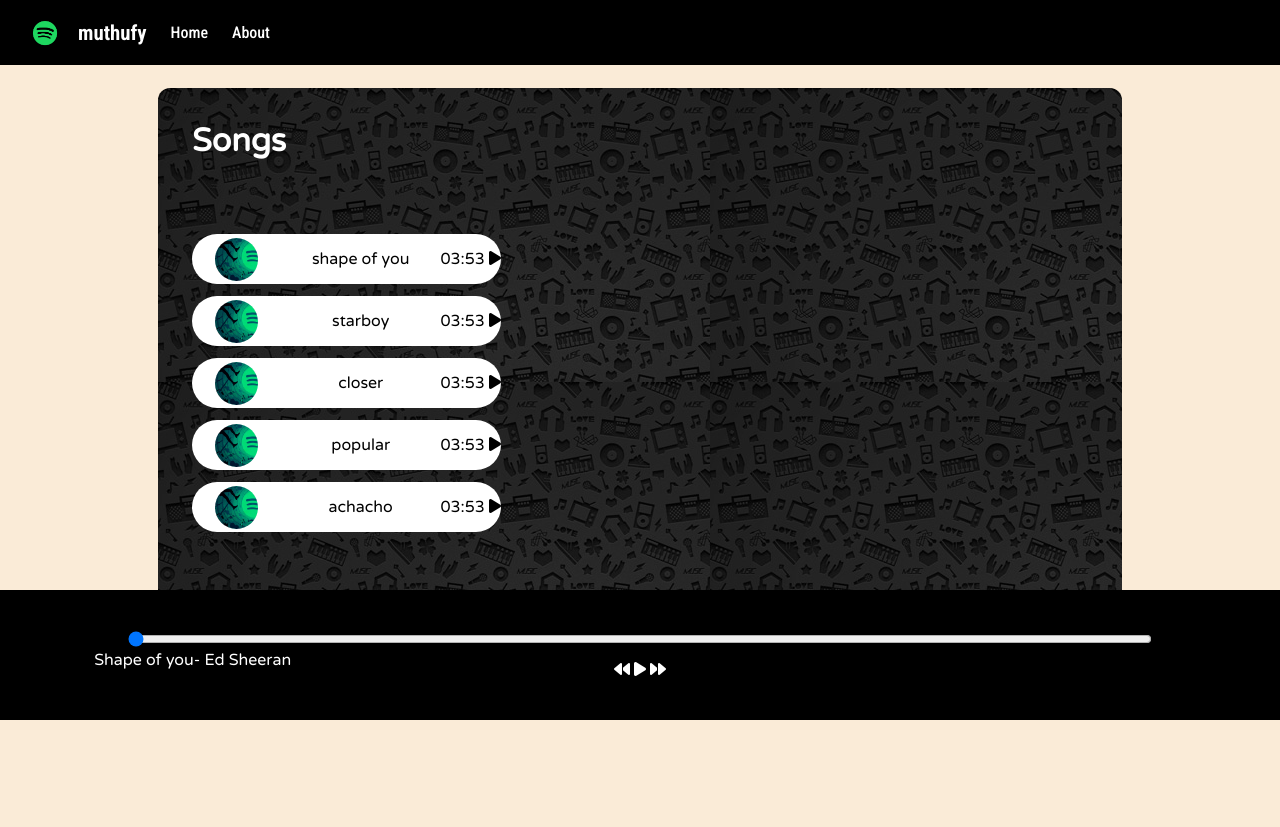
Repository: MBS-Muthiah/Spotify_clone
Page: index.html
The author's editor kept a copy of each file at every save. The page is drawn from the files as they stood at one save, then again after the next save.
The browser window is 1280 px wide. The pictures show the whole page.
Some web libraries are served in a nearby version.

Above is the page before, as saved 2024-06-24 16:02:22.

### index.html
<!DOCTYPE html>
<html lang="en">
<head>
    <meta charset="UTF-8">
    <meta name="viewport" content="width=device-width, initial-scale=1.0">
    <title>Spotify-clone-muthu</title>
    <link rel="stylesheet" href="style.css">
</head>
<body>
    <nav>
        <ul>
            <li class="brand"><img src="spotify_logo.png" alt="spotify logo">muthufy</li>
            <li>Home</li>
            <li>About</li>
        </ul>
    </nav>

    <div class="container">

            <div class="SongList">
                <h1>Songs</h1>
                <div class="songItemContainer">
                    <div class="songItem">
                        <img src="cover.jpg" alt="1">
                        <span>Shape of you</span>
                        <span class="songlistplay"><span>03:53  <i id="0" class="fa-solid fa-play songItemPlay"></i></span> </span>
                    </div>
                    <div class="songItem">
                        <img src="cover.jpg" alt="1">
                        <span class="songName">Shape of you</span>
                        <span class="songlistplay"><span>03:53  <i id="1" class="fa-solid fa-play songItemPlay"></i></span> </span>
                    </div>
                    <div class="songItem">
                        <img src="cover.jpg" alt="1">
                        <span>Shape of you</span>
                        <span class="songlistplay"><span>03:53  <i id="2" class="fa-solid fa-play songItemPlay"></i></span> </span>
                    </div>
                    <div class="songItem">
                        <img src="cover.jpg" alt="1">
                        <span>Shape of you</span>
                        <span class="songlistplay"><span>03:53  <i id="3" class="fa-solid fa-play songItemPlay"></i></span> </span>
                    </div>
                    <div class="songItem">
                        <img src="cover.jpg" alt="1">
                        <span>Shape of you</span>
                        <span class="songlistplay"><span>03:53  <i id="4" class="fa-solid fa-play songItemPlay"></i></span> </span>
                    </div>
                </div>
            </div>
            <div class="SongBanner"></div>
    </div>

    <div class="bottom">
        <input type="range" name="range" id="myProgressBar" min="0" value="0" max="100">
        <div class="icons">
            <!--fontawesome icons-->

            <i class="fa-solid fa-backward"id="previous"></i>
            <i class="fa-solid fa-play" id="masterPlay"></i>
            <i  class="fa-solid fa-forward" id="next"></i>
        </div>
        <div class="songInfo">
            <img src="audio.gif"width="43px" alt="sound wave" id="gif">Shape of you- Ed Sheeran
        </div>
    </div>
    <script src="script.js"></script>
    <script src="https://kit.fontawesome.com/a9b00233ad.js" crossorigin="anonymous"></script>
</body>
</html>

### style.css
@import url('https://fonts.googleapis.com/css2?family=Roboto+Condensed:ital,wght@0,100..900;1,100..900&display=swap');
@import url('https://fonts.googleapis.com/css2?family=Roboto+Condensed:ital,wght@0,100..900;1,100..900&family=Varela+Round&display=swap');


body{
    background-color:antiquewhite;
}

*{
    margin:0;
    padding:0;
}

nav{
    font-family: "Roboto Condensed", sans-serif;
    font-optical-sizing: auto;
    font-weight:500;
    font-style: normal;
}

nav ul{
    display:flex;
    align-items:center;
    list-style-type:none;
    height: 65px;
    background-color:black;
    color:white;
}

nav ul li{
    padding:0px 12px;
}

.brand img{
    width:50px;
    padding:0px 8px;
}
.brand{
    display:flex;
    align-items: center;
    font-weight:bolder;
    font-size: 1.3rem;
}
.container{
    min-height: 72vh;
    background-color: black;
    color:white;
    font-family: "Varela Round", sans-serif;
    display: flex;
    margin:23px auto;
    width:70%;
    border-radius: 12px;
    padding:34px;
    background-image: url(bg.jpg);

}
.bottom{
    position:sticky;
    height:130px;
    background-color: black;
    color:white;
    bottom:0;
    display:flex;
    justify-content: center;
    align-items:center;
    flex-direction: column;
}
.icons{
    margin-top:14px;
}

#myProgressBar{
    width:80vw;
    text-align:center;
    cursor:pointer;
}
.songItemContainer{
    margin-top: 74px;
}
.songItem {
    height :50px;
    display :flex;
    background-color:white;
    width:125%;
    color:black;
    margin:12px 0;
    justify-content:space-between;
    align-items:center;
    border-radius: 34px;
}

.songItem img{
    width :43px;
    margin:0 23px;
    border-radius:34px;
}

.timestamp{
    margin:0 23px;

}
.timestamp i{
    cursor:pointer;
}
.songInfo{
    position:absolute;
    font-family: "Varela Round",sans-serif;
    left:4vw;
}

.songInfo img{
    opacity:0;
    transition:opacity 0.4s ease-in;
}

### script.js
console.log("weclome to spotify clone muthu");

//audioElement.play();
let songIndex=0;
let audioElement =new Audio('1.mp3');
let masterPlay=document.getElementById('masterPlay');
let myProgressBar=document.getElementById('myProgressBar');
let gif=document.getElementById('gif');
let songItems=Array.from(document.getElementsByClassName('songItem'));

let songs=[
    {songName:"shape of you",filePath:"1.mp3",coverPath:"cover.jpg"},
    {songName:"starboy",filePath:"2.mp3",coverPath:"cover.jpg"},
    {songName:"closer",filePath:"3.mp3",coverPath:"cover.jpg"},
    {songName:"popular",filePath:"4.mp3",coverPath:"cover.jpg"},
    {songName:"achacho",filePath:"5.mp3",coverPath:"cover.jpg"},
]

songItems.forEach((element, i)=>{

    element.getElementsByTagName("img")[0].src=songs[i].coverPath;
    element.getElementsByTagName("span")[0].innerText=songs[i].songName;
});

//handle play/pause click
masterPlay.addEventListener('click',()=>{
    if(audioElement.paused || audioElement.currentTime<=0){
        audioElement.play();
        masterPlay.classList.remove('fa-play');
        masterPlay.classList.add('fa-pause');
        gif.style.opacity=1;
    }
    else{
        audioElement.pause();
        masterPlay.classList.remove('fa-pause');
        masterPlay.classList.add('fa-play');
        gif.style.opacity=0;
    }
});

//listen to events
audioElement.addEventListener('timeupdate',()=>{
    //console.log('timeupdate');
    //update seekbar
    progress = parseInt((audioElement.currentTime/audioElement.duration)*100);
    myProgressBar.value=progress;
});

myProgressBar.addEventListener('change',()=>{
    audioElement.currentTime= myProgressBar.value *audioElement.duration/100;

});

const makeAllplays =()=>{
    Array.from(document.getElementsByClassName('songItemPlay')).forEach((element)=>{
            element.classList.remove('fa-pause');
            element.classList.add('fa-play');
    });
};

Array.from(document.getElementsByClassName('songItemPlay')).forEach((element)=>{
    element.addEventListener('click',(e)=>{
        makeAllplays();
        let index=parseInt(e.target.id);
        console.log(e.target);
        e.target.classList.remove('fa-play');
        e.target.classList.add('fa-pause');
        audioElement.src=songs[index].filePath;
        audioElement.currentTime=0;
        audioElement.play();
        masterPlay.classList.remove('fa-play');
        masterPlay.classList.add('fa-pause');
    })
});

document.getElementById('next').addEventListener('click',()=>{
    if(songIndex>5){
        songIndex=0;
    }
    else{
        songIndex+=1;
    }
    audioElement.src=songs[songIndex].filePath;
    audioElement.currentTime=0;
    masterPlay.classList.remove('fa-play');
    masterPlay.classList.add("fa-pause");
});

document.getElementById('previous').addEventListener('click',()=>{
    if(songIndex<=0){
        songIndex=0;
    }
    else{
        songIndex-=1;
    }
    audioElement.src=songs[songIndex].filePath;
    audioElement.currentTime=0;
    masterPlay.classList.remove('fa-play');
    masterPlay.classList.add("fa-pause");
});

After the next save:
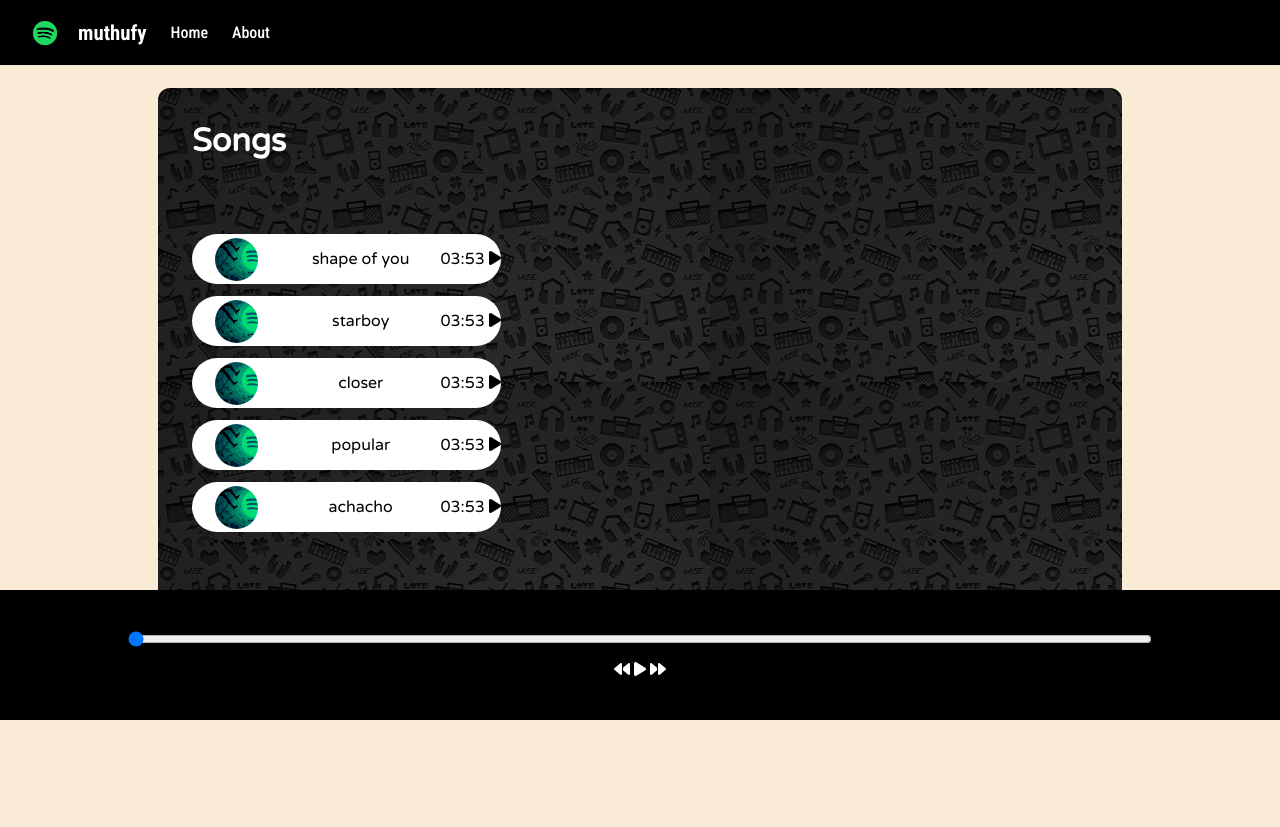
Saved 3 min 41 s later.
--- a/index.html
+++ b/index.html
@@ -60,7 +60,7 @@
             <i  class="fa-solid fa-forward" id="next"></i>
         </div>
         <div class="songInfo">
-            <img src="audio.gif"width="43px" alt="sound wave" id="gif">Shape of you- Ed Sheeran
+            <img src="audio.gif"width="43px" alt="sound wave" id="gif"><span id="masterSongName"></span>
         </div>
     </div>
     <script src="script.js"></script>
